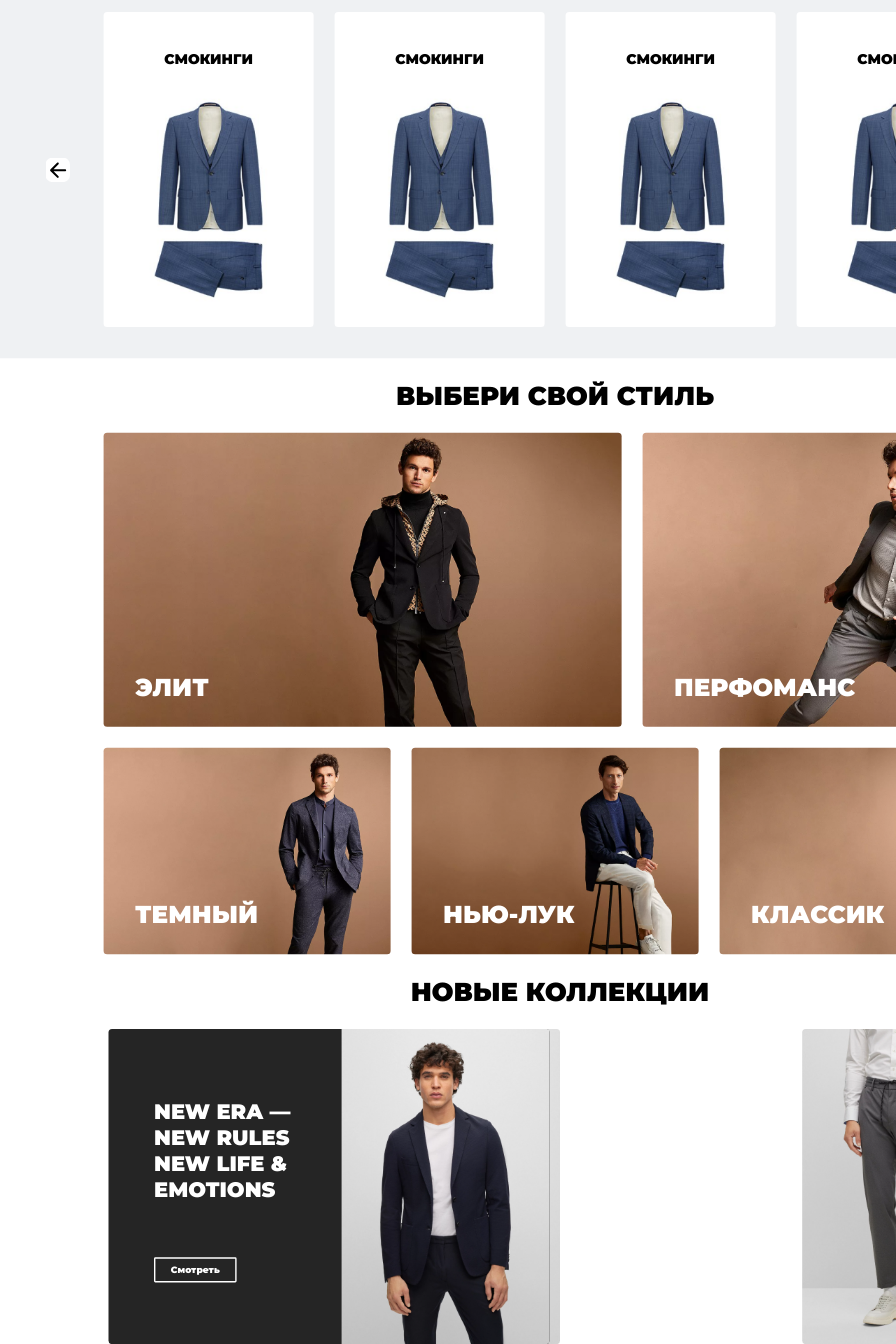
Repository: MaksimKrupkin/SigmaEllegance
Page: /
The author's editor kept a copy of each file at every save. The page is drawn from the files as they stood at one save, then again after the next save.
The browser window is 1280 px wide. The pictures show the part of the page from y = 873 to 2793 px (the page is 2793 px tall), at 70% of full size.
Some web fonts or font styles are not loaded; a fallback is used. The project was rebuilt for these pictures with package versions that can differ from the ones it lists, and the page was loaded fresh each time.

Above is the page before, as saved 2023-11-23 22:51:19.

### public/index.html
<!DOCTYPE html>
<html lang="en">
  <head>
    <meta charset="utf-8" />

    <meta name="viewport" content="width=device-width, initial-scale=1" />

    <link rel="preconnect" href="https://fonts.googleapis.com" />
    <link rel="preconnect" href="https://fonts.gstatic.com" crossorigin />
    <link
      href="https://fonts.googleapis.com/css2?family=Roboto:wght@400;500;700&display=swap"
      rel="stylesheet" />
    <link
      href="https://fonts.googleapis.com/css2?family=Montserrat:ital,wght@0,300;0,500;0,600;0,900;1,400;1,500&family=Roboto:wght@400;500;700&display=swap"
      rel="stylesheet" />
    <link rel="preconnect" href="https://fonts.googleapis.com" />
    <link rel="preconnect" href="https://fonts.gstatic.com" crossorigin />
    <link
      href="https://fonts.googleapis.com/css2?family=Montserrat:wght@300&family=Roboto:wght@400;500;700&display=swap"
      rel="stylesheet" />
    <link href="https://fonts.cdnfonts.com/css/montserrat" rel="stylesheet" />
    <title>SigmaEllegance</title>
  </head>
  <body>
    <div id="root"></div>
  </body>
</html>

### src/App.js
import Header from './Components/Header/Header';
import HomePage from './Pages/HomePage';
import styles from './App.module.css';

function App() {
  return (
    <body>
      <div className={styles.container}>
        <Header />
        <HomePage />
      </div>
    </body>
  );
}

export default App;

### src/Components/Header/Header.jsx
import React from 'react';
import styles from './Header.module.css';
import logo from '../../assets/img/logo.svg';
import icon1 from '../../assets/img/Icon1.svg';
import icon2 from '../../assets/img/icon2.svg';
import icon3 from '../../assets/img/icon3.svg';
import icon4 from '../../assets/img/icon4.svg';

function Header() {
  return (
    <header className={styles.header}>
      <div className={styles.left_part}>
        <div className={styles.menu}>
          <img className={styles.icon1} src={icon1} alt="" />
          <p>Меню</p>
        </div>
        <div className={styles.search}>
          <img className={styles.icon2} src={icon2} alt="" />
          <p>Поиск</p>
        </div>
      </div>
      <div className={styles.logo_part}>
        <img className={styles.logo} src={logo} alt="" />
        <p>SigmaEllegance</p>
      </div>
      <div className={styles.right_part}>
        <div className={styles.liked}>
          <p>Желаемое</p>
          <img className={styles.icon3} src={icon3} alt="" />
        </div>
        <div className={styles.purchases}>
          <p>Мой SE</p>
          <img className={styles.icon4} src={icon4} alt="" />
        </div>
      </div>
    </header>
  );
}

export default Header;

### src/Pages/HomePage.jsx
import React from 'react';
import styles from './HomePage.module.css';
import mainScreenImage from '../assets/img/background.png';
import Slider from '../Components/Slider/Slider';
import Styles from '../Components/Styles/Styles';
import Collections from '../Components/Collections/Collections';

function HomePage() {
  return (
    <>
      <div className={styles.mainScreen}>
        <div className={styles.textBlock}>
          <div className={styles.title}>Мужская классика</div>
          <div className={styles.text}>
            Наши фирменные костюмы — это то, чем мы известны. Откройте для себя классические формы и
            оттенки, подходящие для вашего образа жизни.
          </div>
          <button className={styles.mainScreen_button}>Смотреть коллекцию</button>
        </div>
      </div>
      <Slider />
      <Styles />
      <Collections />
    </>
  );
}

export default HomePage;

### src/App.module.css
body {
  font-family: 'Montserrat', sans-serif;
  display: block;
  margin: 0 auto;
  padding: 0;
  width: 100%;
  overflow-x: hidden;
}
.container {
  width: 1600px;
  display: block;
  margin: 0 auto;
  position: relative;
}

*,
*::before,
*::after {
  box-sizing: border-box;
}

/* Links */

a,
a:link,
a:visited {
  text-decoration: none;
}

a:hover {
  text-decoration: none;
}

/* Common */

aside,
nav,
footer,
header,
section,
main {
  display: block;
}

h1,
h2,
h3,
h4,
h5,
h6,
p {
  font-size: inherit;
  font-weight: inherit;
}

ul,
ul li {
  list-style: none;
}

img {
  vertical-align: top;
}

img,
svg {
  max-width: 100%;
  height: auto;
}

address {
  font-style: normal;
}

/* Form */

input,
textarea,
button,
select {
  font-family: inherit;
  font-size: inherit;
  color: inherit;
  background-color: transparent;
}

input::-ms-clear {
  display: none;
}

button,
input[type='submit'] {
  display: inline-block;
  box-shadow: none;
  background-color: transparent;
  background: none;
  cursor: pointer;
}

input:focus,
input:active,
button:focus,
button:active {
  outline: none;
}

button::-moz-focus-inner {
  padding: 0;
  border: 0;
}

label {
  cursor: pointer;
}

legend {
  display: block;
}

### src/Components/Header/Header.module.css
.header {
  font-family: 'Montserrat', sans-serif;
  margin: 0 auto;
  width: 100%;
  height: 10vh;
  display: flex;
  justify-content: space-around;
  align-items: center;
}

.left_part {
  display: flex;
  justify-content: space-between;
  align-items: center;
  gap: 25px;
  color: #000;
  margin-bottom: -2px;

  font-family: Montserrat;
  font-size: 17px;
  font-style: normal;
  font-weight: 400;
  line-height: normal;
}
.menu {
  display: flex;
  justify-content: space-between;
  align-items: center;
  gap: 8px;
}
.icon1 {
  width: 22px;
  height: 22px;
  margin-bottom: 1px;
}
.search {
  display: flex;
  justify-content: space-between;
  align-items: center;
  gap: 8px;
}
.icon2 {
  width: 18px;
  height: 18px;
  margin-bottom: 3px;
}

.logo_part {
  margin-bottom: 3px;
  display: flex;
  justify-content: space-between;
  align-items: center;

  color: #000;

  font-family: Montserrat;
  font-size: 25px;
  font-style: normal;
  font-weight: 400;
  line-height: normal;
}

.logo {
  width: 67.375px;
  height: 69.103px;
  flex-shrink: 0;
  margin-right: -10px;
}
.right_part {
  margin-bottom: -2px;
  display: flex;
  justify-content: space-between;
  align-items: center;
  gap: 23px;
  font-family: Montserrat;
  font-size: 17px;
  font-style: normal;
  font-weight: 400;
  line-height: normal;
}

.liked {
  display: flex;
  justify-content: space-between;
  align-items: center;
  gap: 8px;
}
.icon3 {
  width: 22px;
  height: 22px;
  margin-bottom: 3px;
}

.purchases {
  display: flex;
  justify-content: space-between;
  align-items: center;
  gap: 8px;
}

.icon4 {
  width: 19px;
  height: 19px;
  margin-bottom: 3px;
}

### src/Pages/HomePage.module.css
.mainScreen {
  width: 1900px;
  height: 773px;
  position: relative;
  background-image: url(../assets/img/background.png);
  background-repeat: no-repeat;
  position: relative;
}
.mainScreen__image {
  width: 100%;
  height: 90vh;
}
.textBlock {
  position: absolute;
  top: 200px;
  left: 130px;
}
.title {
  color: #fff;
  font-family: Montserrat;
  font-size: 53px;
  font-style: normal;
  font-weight: 900;
  line-height: normal;
  text-transform: uppercase;
}

.text {
  margin-top: 50px;
  width: 550px;
  color: #fff;
  font-family: Montserrat;
  font-size: 25px;
  font-style: normal;
  font-weight: 400;
  line-height: 135%; /* 33.75px */
}
.mainScreen_button {
  display: flex;
  justify-content: center;
  align-items: center;
  margin-top: 60px;
  font-size: 20px;
  height: 40px;
  padding-left: 10px;
  padding-right: 10px;
  color: white;
  border: 3px solid white;
  border-radius: 5px;
  transition: all 0.1s ease-in;
}
.mainScreen_button:hover {
  scale: 1.02;
}

### src/Components/Slider/Slider.jsx
import React from 'react';
import styles from './Slider.module.css';
import leftArrow from '../../assets/img/Left Arrow.svg';
import rightArrow from '../../assets/img/Right Arrow.svg';
import SliderCard from '../SliderCard/SliderCard';

export default function Slider() {
  return (
    <div className={styles.slider_wrapper}>
      <img className={styles.leftArrow} src={leftArrow} alt="" />

      <div className={styles.slider}>
        <SliderCard />
        <SliderCard />
        <SliderCard />
        <SliderCard />
      </div>
      <img className={styles.rightArrow} src={rightArrow} alt="" />
    </div>
  );
}

### src/Components/Styles/Styles.jsx
import React from 'react';
import styles from './Styles.module.css';

export default function Styles() {
  return (
    <section className={styles.styles_section}>
      <h2 className={styles.title}>Выбери свой стиль</h2>
      <div className={styles.styles_wrapper}>
        <div className={styles.topLine}>
          <a>
            <div className={styles.style1}>
              <span className={styles.subtitle}>Элит</span>
            </div>
          </a>
          <a>
            <div className={styles.style2}>
              <span className={styles.subtitle}>Перфоманс</span>
            </div>
          </a>
        </div>
        <div className={styles.bottomLine}>
          <a>
            <div className={styles.style3}>
              <span className={styles.subtitle}>Темный</span>
            </div>
          </a>
          <a>
            <div className={styles.style4}>
              <span className={styles.subtitle}>Нью-лук</span>
            </div>
          </a>
          <a>
            <div className={styles.style5}>
              <span className={styles.subtitle}>Классик</span>
            </div>
          </a>
        </div>
      </div>
    </section>
  );
}

### src/Components/Collections/Collections.jsx
import React from 'react';
import styles from './Collections.module.css';

export default function Collections() {
  return (
    <section className={styles.collections_section}>
      <h2 className={styles.title}>Новые коллекции</h2>
      <div className={styles.collections_wrapper}>
        <div className={styles.collections_top}>
          <a className={styles.link_wrapper}>
            <div className={styles.collection1}>
              <p className={styles.subtitle}>New era —New Rules New life & emotions</p>
              <a className={styles.button}>Смотреть</a>
              <div className={styles.rightPart}></div>
            </div>
          </a>
          <div className={styles.collection2}></div>
          <div className={styles.collection3}></div>
        </div>
        <div className={styles.collections_bottom}></div>
      </div>
    </section>
  );
}

### src/Components/Slider/Slider.module.css
.slider_wrapper {
  width: 1586px;
  height: 540px;
  background-color: #eff1f3;
  display: flex;
  flex-wrap: nowrap;
  justify-content: space-between;
  align-items: center;
  gap: 20px;
  overflow: hidden;
  padding-left: 65px;
  padding-right: 65px;
}
.leftArrow {
  display: block;
  width: 35px;
  height: 35px;
}
.slider {
  width: 1290px;
  display: flex;
  justify-content: space-between;
  align-items: center;
  gap: 30px;
}
.rightArrow {
  display: block;
  width: 35px;
  height: 35px;
}

### src/Components/SliderCard/SliderCard.jsx
import React from 'react';
import styles from './SliderCard.module.css';
import cardImage from '../../assets/img/card1.png';

export default function SliderCard() {
  return (
    <div className={styles.card}>
      <p className={styles.card_title}>Смокинги</p>
      <img className={styles.card_image} src={cardImage} alt="" />
    </div>
  );
}

### src/Components/Styles/Styles.module.css
.styles_section {
  width: 1586px;
  background-color: white;
  display: flex;
  flex-direction: column;
  align-items: center;
}
.title {
  color: #000;
  font-family: Montserrat;
  font-size: 37px;
  font-style: normal;
  font-weight: 700;
  line-height: normal;
  text-transform: uppercase;
}
.styles_wrapper {
  width: 1290px;
  display: flex;
  flex-direction: column;
  justify-content: space-between;
  gap: 30px;
}
.topLine {
  display: flex;
  justify-content: space-between;
  align-items: center;
  gap: 30px;
}

.bottomLine {
  display: flex;
  justify-content: space-between;
  align-items: center;
  gap: 30px;
}
.style1 {
  width: 740px;
  height: 420px;
  background-image: url(../../assets/img/style-1.png);
  color: #fff;
  border-radius: 5px;
  position: relative;
}
.style2 {
  width: 520px;
  height: 420px;
  background-image: url(../../assets/img/style-2.png);
  color: #fff;
  border-radius: 5px;
  position: relative;
}
.style3 {
  width: 410px;
  height: 295px;
  background-image: url(../../assets/img/style-3.png);
  color: #fff;
  border-radius: 5px;
  position: relative;
}
.style4 {
  width: 410px;
  height: 295px;
  background-image: url(../../assets/img/style-4.png);
  color: #fff;
  border-radius: 5px;
  position: relative;
}
.style5 {
  width: 410px;
  height: 295px;
  background-image: url(../../assets/img/style-5.png);
  color: #fff;
  border-radius: 5px;
  position: relative;
}
.subtitle {
  font-family: Montserrat;
  font-size: 35px;
  font-style: normal;
  font-weight: 800;
  line-height: normal;
  text-transform: uppercase;
  position: absolute;
  bottom: 35px;
  left: 45px;
}

### src/Components/Collections/Collections.module.css
.collections_section {
  width: 1600px;
  display: flex;
  flex-direction: column;
  align-items: center;
}
.title {
  color: #000;

  font-family: Montserrat;
  font-size: 37px;
  font-style: normal;
  font-weight: 700;
  line-height: normal;
  text-transform: uppercase;
}
.collections_wrapper {
  width: 1290px;
  display: flex;
  flex-direction: column;
  justify-content: center;
}
.collections_top {
  display: flex;
  justify-content: space-between;
  gap: 10px;
}
.link_wrapper {
  display: block;
}
.collection1 {
  width: 630px;
  height: 450px;
  background-color: #252525;
  position: absolute;
  border-radius: 5px;
}

.subtitle {
  position: relative;
  top: 70px;
  left: 65px;
  width: 195px;
  height: 148px;
  color: #fff;
  font-family: Montserrat;
  font-size: 30px;
  font-style: normal;
  font-weight: 900;
  line-height: normal;
  text-transform: uppercase;
}
.button {
  position: relative;
  top: 118px;
  left: 65px;
  display: block;
  width: 118px;
  height: 36px;
  border: 2px solid white;
  border-radius: 2px;
  background-color: transparent;
  color: white;
  padding-top: 8px;
  text-align: center;
  font-size: 13px;
  font-style: normal;
  font-weight: 700;
  line-height: normal;
}
.rightPart {
  position: inherit;
  border-top-right-radius: 4px;
  border-bottom-right-radius: 5px;
  top: 0;
  right: 0;
  width: 297px;
  height: 100%;
  background-image: url(../../assets/img/collection1.png);
}
.collection2 {
  display: inline-block;
  height: 450px;
  width: 299px;
  border-radius: 5px;

  background-image: url(../../assets/img/collection2.png);
}

.collection3 {
  display: inline-block;
  height: 450px;
  width: 299px;
  border-radius: 5px;

  background-image: url(../../assets/img/collection3.png);
}

### src/Components/SliderCard/SliderCard.module.css
.card {
  width: 300px;
  height: 450px;
  background-color: white;
  border-radius: 5px;
  display: flex;
  flex-direction: column;
  align-items: center;
  padding-top: 35px;
  padding-bottom: 65px;
  gap: 25px;
}
.card_title {
  color: #000;
  font-family: Montserrat;
  font-size: 20px;
  font-style: normal;
  font-weight: 700;
  line-height: normal;
  text-transform: uppercase;
}

.card_image {
  width: 190px;
}

Loaded but not shown: src/index.js (common file)

After the next save:
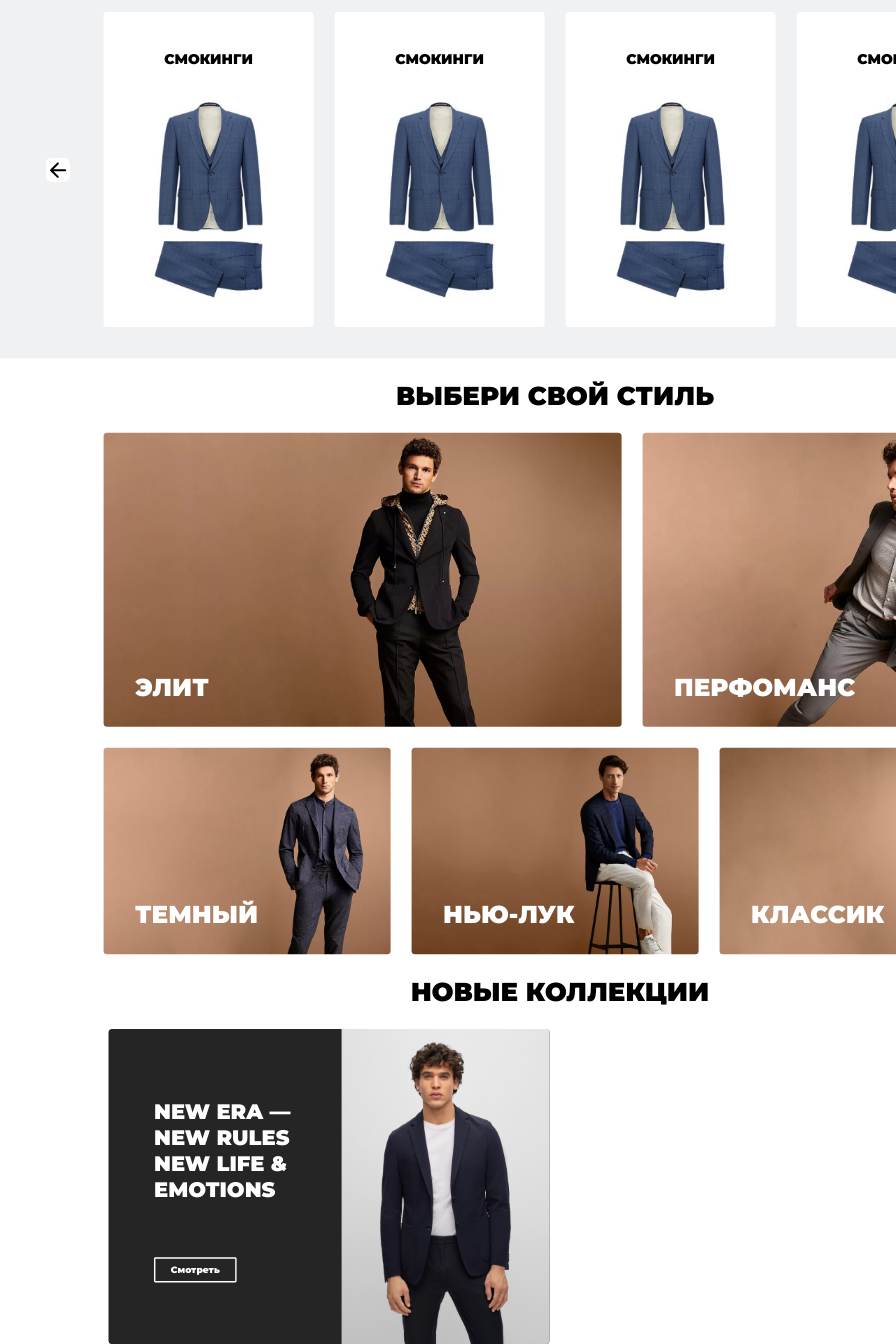
Saved 49 s later.
--- a/src/Components/Collections/Collections.module.css
+++ b/src/Components/Collections/Collections.module.css
@@ -22,7 +22,7 @@
 }
 .collections_top {
   display: flex;
-  justify-content: space-between;
+
   gap: 10px;
 }
 .link_wrapper {
@@ -79,7 +79,7 @@
   background-image: url(../../assets/img/collection1.png);
 }
 .collection2 {
-  display: inline-block;
+  display: block;
   height: 450px;
   width: 299px;
   border-radius: 5px;
@@ -88,7 +88,7 @@
 }
 
 .collection3 {
-  display: inline-block;
+  display: block;
   height: 450px;
   width: 299px;
   border-radius: 5px;

After the save that followed:
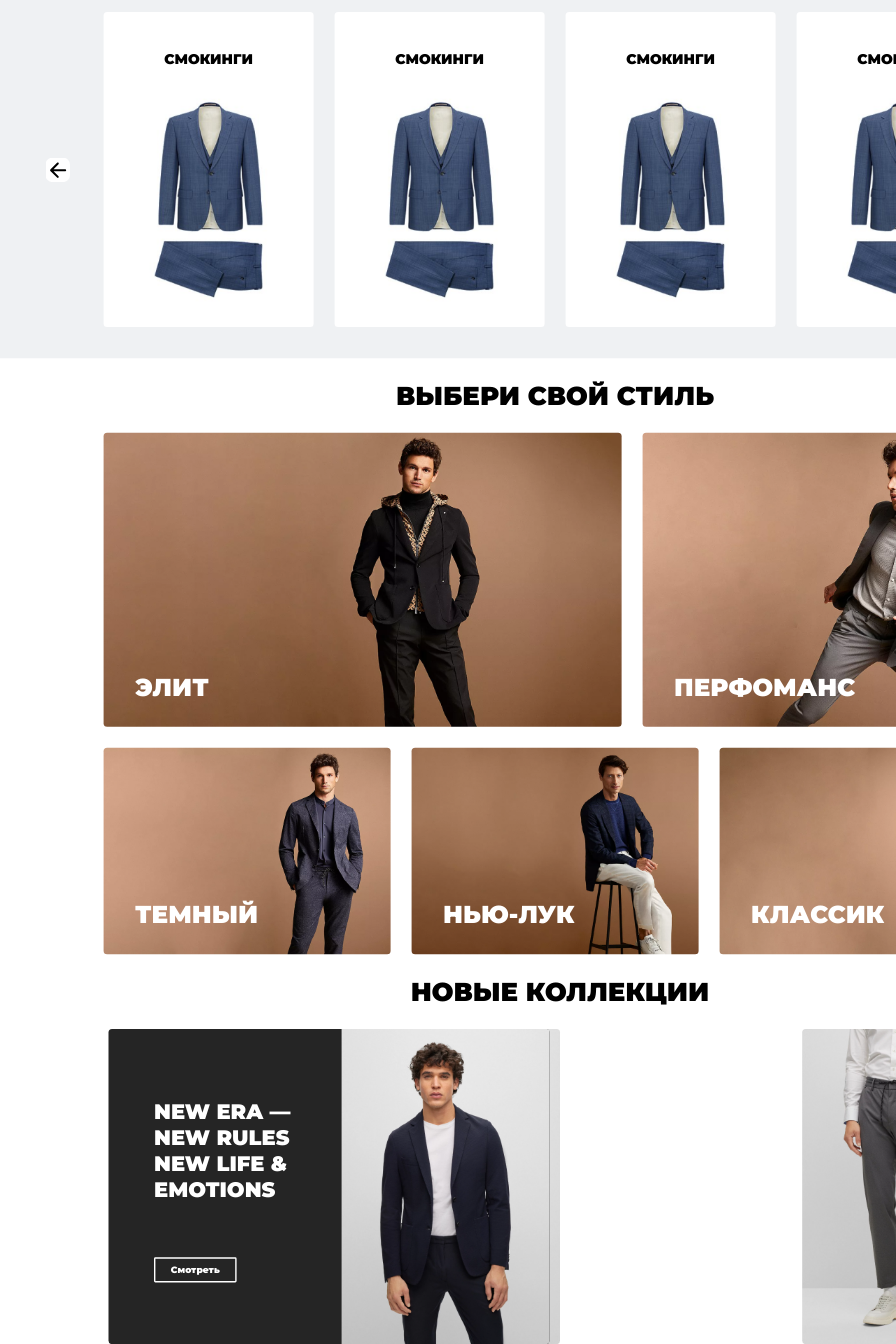
Saved 12 s later.
--- a/src/Components/Collections/Collections.module.css
+++ b/src/Components/Collections/Collections.module.css
@@ -22,7 +22,7 @@
 }
 .collections_top {
   display: flex;
-
+  justify-content: space-between;
   gap: 10px;
 }
 .link_wrapper {
